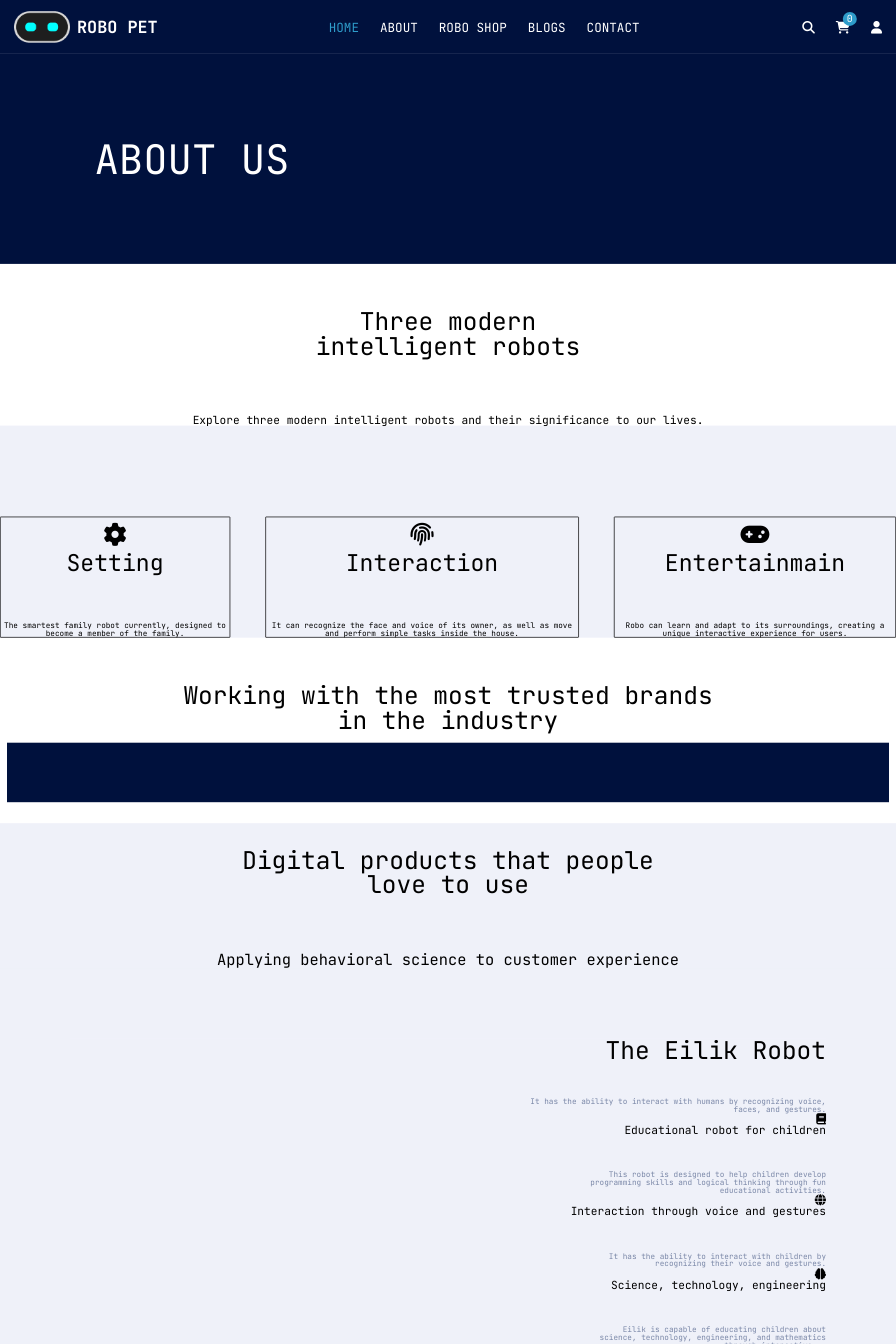
Repository: trietle101/du-an-1
Page: about.html
The author's editor kept a copy of each file at every save. The page is drawn from the files as they stood at one save, then again after the next save.
The browser window is 1280 px wide. The pictures show the part of the page from y = 0 to 1920 px (the page is 2621 px tall before and 3085 px after), at 70% of full size.
Some web libraries are served in a nearby version.

Above is the page before, as saved 2023-03-12 21:56:25.

After the next save:
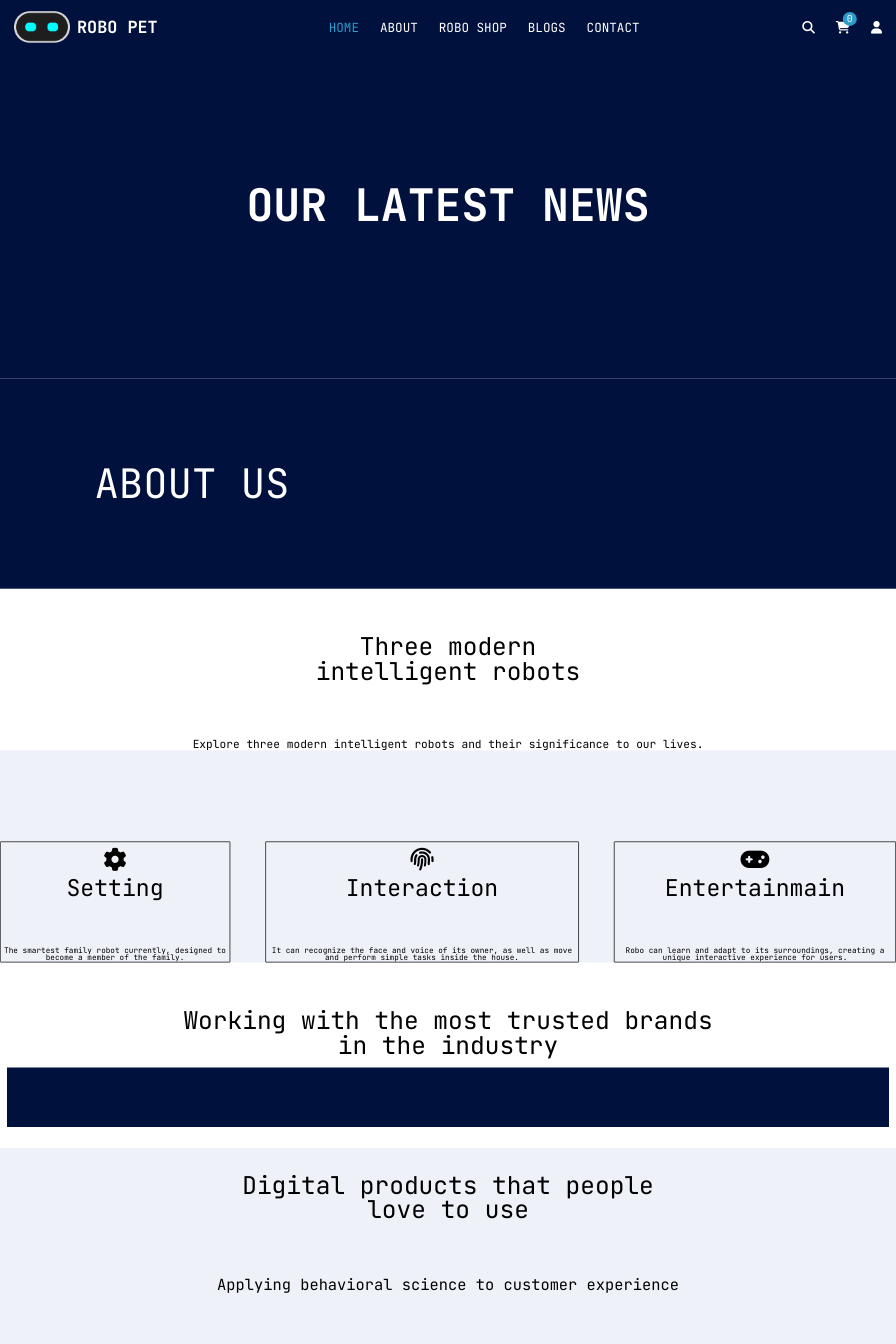
Saved 55 s later.
--- a/about.html
+++ b/about.html
@@ -63,6 +63,11 @@
             </li>
           </ul>
         </nav>
+      </div>
+      <div class="header-banner">
+        <div class="container">
+          <h1 class="banner-title">OUR LATEST NEWS</h1>
+        </div>
       </div>
     </header>
 
